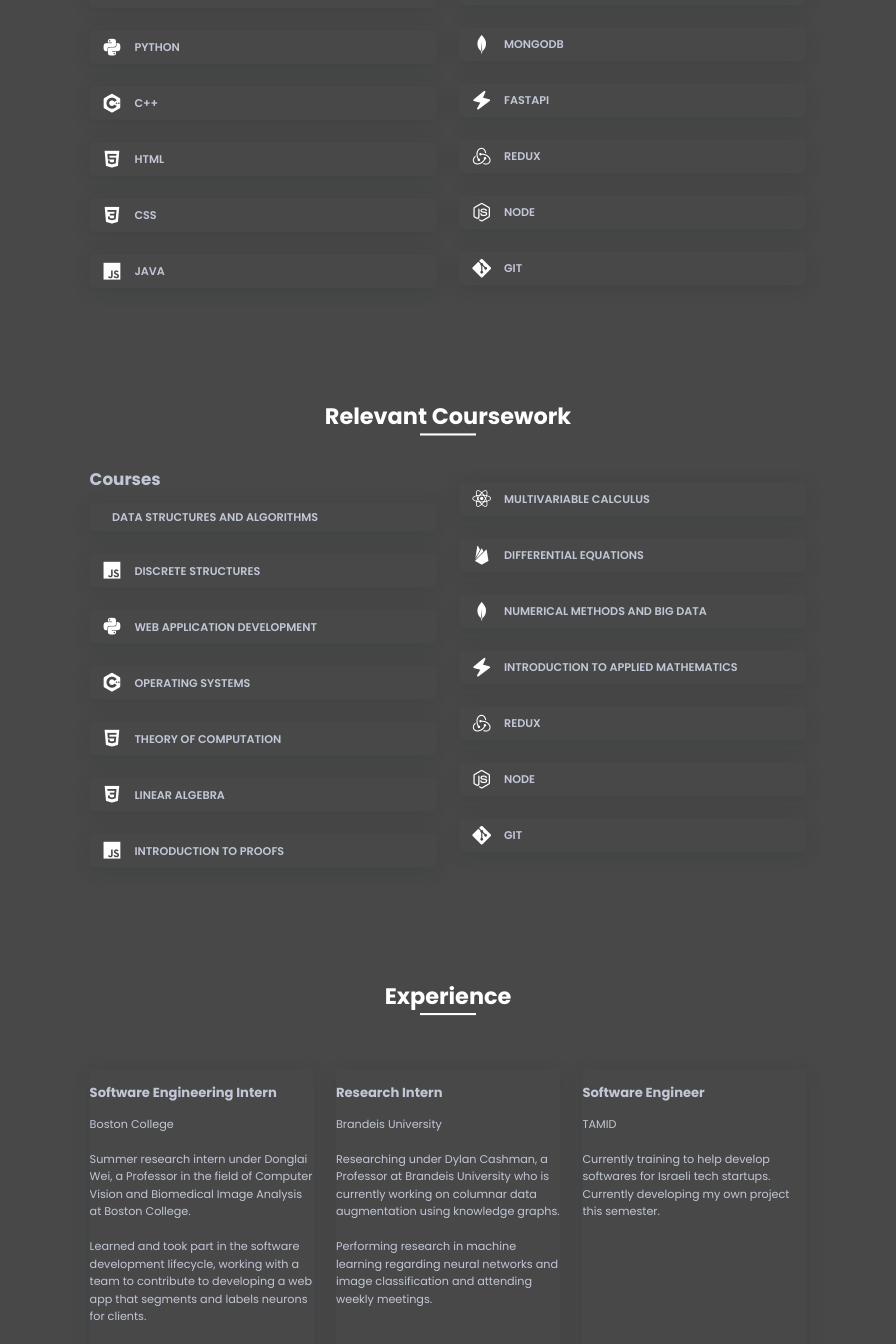
Repository: joshliu14/joshliu14.github.io
Page: index.html
An editor plug-in stored every save of this project. The page is shown before and after the next save, followed by the edit.
The browser window is 1280 px wide. The pictures show the part of the page from y = 1673 to 3593 px (the page is 5563 px tall), at 70% of full size.

Above is the page before, as saved 2024-02-01 01:34:07.

### index.html
<!DOCTYPE html>
<html lang="en">
  <head>
    <meta charset="UTF-8" />
    <meta name="viewport" content="width=device-width, initial-scale=1.0" />

    <link rel="stylesheet" href="assets/css/web.css" />

    <!-- =====BOX ICONS===== -->
    <link
      href="https://unpkg.com/boxicons@2.1.4/css/boxicons.min.css"
      rel="stylesheet"
    />

    <title>Joshua Liu</title>
  </head>
  <body>
    <!--===== HEADER =====-->
    <header class="l-header">
      <nav class="nav bd-grid">
        <div>
          <a href="#" class="nav__logo">Joshua Liu</a>
        </div>

        <div class="nav__menu" id="nav-menu">
          <ul class="nav__list">
            <li class="nav__item">
              <a href="#home" class="nav__link active-link">Home</a>
            </li>
            <li class="nav__item">
              <a href="#about" class="nav__link">About</a>
            </li>
            <li class="nav__item">
              <a href="#skills" class="nav__link">Skills</a>
            </li>
            <li class="nav__item">
              <a href="#coursework" class="nav__link">Coursework</a>
            </li>
            <li class="nav__item">
              <a href="#work" class="nav__link">Experience</a>
            </li>
            <li class="nav__item">
              <a href="#projects" class="nav__link">Projects</a>
            </li>
            <li class="nav__item">
              <a href="#contact" class="nav__link">Info</a>
            </li>
          </ul>
        </div>

        <div class="nav__toggle" id="nav-toggle">
          <i class="bx bx-menu"></i>
        </div>
      </nav>
    </header>

    <main class="l-main">
      <!--===== HOME =====-->
      <section class="home bd-grid" id="home">
        <div class="home__data">
          <h1 class="home__title">
            Hi,<br />I'm <span class="home__title-color">Josh</span><br />
          </h1>

          <a href="resume.pdf" class="button">Resume</a>
        </div>

        <div class="home__social">
          <a
            href="https://www.linkedin.com/in/joshua-liu-727847208/"
            class="home__social-icon"
            ><i class="bx bxl-linkedin"></i
          ></a>
          <a href="https://github.com/joshliu14" class="home__social-icon"
            ><i class="bx bxl-github"></i
          ></a>
        </div>

        <div class="home__img">
          <svg
            class="home__blob"
            viewBox="0 0 479 467"
            xmlns="http://www.w3.org/2000/svg"
            xmlns:xlink="http://www.w3.org/1999/xlink"
          >
            <mask id="mask0" mask-type="alpha">
              <path
                d="M9.19024 145.964C34.0253 76.5814 114.865 54.7299 184.111 29.4823C245.804 6.98884 311.86 -14.9503 370.735 14.143C431.207 44.026 467.948 107.508 477.191 174.311C485.897 237.229 454.931 294.377 416.506 344.954C373.74 401.245 326.068 462.801 255.442 466.189C179.416 469.835 111.552 422.137 65.1576 361.805C17.4835 299.81 -17.1617 219.583 9.19024 145.964Z"
              />
            </mask>
            <g mask="url(#mask0)">
              <path
                d="M9.19024 145.964C34.0253 76.5814 114.865 54.7299 184.111 29.4823C245.804 6.98884 311.86 -14.9503 370.735 14.143C431.207 44.026 467.948 107.508 477.191 174.311C485.897 237.229 454.931 294.377 416.506 344.954C373.74 401.245 326.068 462.801 255.442 466.189C179.416 469.835 111.552 422.137 65.1576 361.805C17.4835 299.81 -17.1617 219.583 9.19024 145.964Z"
              />
              <image
                class="home__blob-img"
                x="30"
                y="65"
                href="assets/img/profile.png"
              />
            </g>
          </svg>
        </div>
      </section>

      <!--===== ABOUT =====-->
      <section class="about section" id="about">
        <h2 class="section-title">About</h2>

        <div class="about__container bd-grid">
          <div class="about__img">
            <img src="assets/img/about.png" alt="" />
          </div>

          <div>
            <h2 class="about__subtitle">I'm Josh</h2>
            <p class="about__text">
              I am currently a sophomore at Brandeis University pursuing a
              degree in Computer Science and Applied Mathematics. I am eager to
              contribute my programming skills to real-world scenarios, and I am
              actively seeking software engineering internship opportunities. My
              goal is to enhance my knowledge, apply theoretical concepts in
              practical settings, and contribute meaningfully to innovative
              projects.
            </p>
          </div>
        </div>
      </section>

      <!--===== SKILLS =====-->
      <section class="skills section" id="skills">
        <h2 class="section-title">Skills</h2>

        <div class="skills__container bd-grid">
          <div>
            <h2 class="skills__subtitle">Programming/Framework/Software Skills</h2>
            <p class="skills__text">
                I have experience with the following programming languages and
                frameworks. I am also familiar with software such as Git and
                Firebase. I am always eager to learn new technologies, languages,
                and frameworks to expand my skillset.
            </p>
            <div class="skills__data">
              <div class="skills__names">
                <i class="bx bxl-java skills__icon"></i>
                <span class="skills__name">JAVA</span>
              </div>
            </div>
            <div class="skills__data">
              <div class="skills__names">
                <i class="bx bxl-javascript skills__icon"></i>
                <span class="skills__name">JAVASCRIPT</span>
              </div>
            </div>
            <div class="skills__data">
              <div class="skills__names">
                <i class="bx bxl-python skills__icon"></i>
                <span class="skills__name">PYTHON</span>
              </div>
            </div>
            <div class="skills__data">
              <div class="skills__names">
                <i class="bx bxl-c-plus-plus skills__icon"></i>
                <span class="skills__name">C++</span>
              </div>
            </div>
            <div class="skills__data">
              <div class="skills__names">
                <i class="bx bxl-html5 skills__icon"></i>
                <span class="skills__name">HTML</span>
              </div>
            </div>
            <div class="skills__data">
              <div class="skills__names">
                <i class="bx bxl-css3 skills__icon"></i>
                <span class="skills__name">CSS</span>
              </div>
            </div>
            <div class="skills__data">
              <div class="skills__names">
                <i class="bx bxl-javascript skills__icon"></i>
                <span class="skills__name">JAVA</span>
              </div>
            </div>
          </div>
          <div class="skills__column2">
            <div class="skills__data">
              <div class="skills__names">
                <i class="bx bxl-react skills__icon"></i>
                <span class="skills__name">REACT.JS</span>
              </div>
            </div>
            <div class="skills__data">
              <div class="skills__names">
                <i class="bx bxl-firebase skills__icon"></i>
                <span class="skills__name">FIREBASE</span>
              </div>
            </div>
            <div class="skills__data">
              <div class="skills__names">
                <i class="bx bxl-mongodb skills__icon"></i>
                <span class="skills__name">MONGODB</span>
              </div>
            </div>
            <div class="skills__data">
              <div class="skills__names">
                <i class="bx bxs-zap skills__icon"></i>
                <span class="skills__name">FASTAPI</span>
              </div>
            </div>
            <div class="skills__data">
              <div class="skills__names">
                <i class="bx bxl-redux skills__icon"></i>
                <span class="skills__name">REDUX</span>
              </div>
            </div>
            <div class="skills__data">
              <div class="skills__names">
                <i class="bx bxl-nodejs skills__icon"></i>
                <span class="skills__name">NODE</span>
              </div>
            </div>
            <div class="skills__data">
              <div class="skills__names">
                <i class="bx bxl-git skills__icon"></i>
                <span class="skills__name">GIT</span>
              </div>
            </div>
          </div>
      </section>

      <!--===== Relevant Coursework =====-->
      <section class="skills section" id="coursework">
        <h2 class="section-title">Relevant Coursework</h2>

        <div class="skills__container bd-grid">
          <div>
            <h2 class="skills__subtitle">Courses</h2>
            <div class="skills__data">
              <div class="skills__names">
                <i class="bx bxs-code skills__icon"></i>
                <span class="skills__name">DATA STRUCTURES AND ALGORITHMS</span>
              </div>
            </div>
            <div class="skills__data">
              <div class="skills__names">
                <i class="bx bxl-javascript skills__icon"></i>
                <span class="skills__name">DISCRETE STRUCTURES</span>
              </div>
            </div>
            <div class="skills__data">
              <div class="skills__names">
                <i class="bx bxl-python skills__icon"></i>
                <span class="skills__name">WEB APPLICATION DEVELOPMENT</span>
              </div>
            </div>
            <div class="skills__data">
              <div class="skills__names">
                <i class="bx bxl-c-plus-plus skills__icon"></i>
                <span class="skills__name">OPERATING SYSTEMS</span>
              </div>
            </div>
            <div class="skills__data">
              <div class="skills__names">
                <i class="bx bxl-html5 skills__icon"></i>
                <span class="skills__name">THEORY OF COMPUTATION</span>
              </div>
            </div>
            <div class="skills__data">
              <div class="skills__names">
                <i class="bx bxl-css3 skills__icon"></i>
                <span class="skills__name">LINEAR ALGEBRA</span>
              </div>
            </div>
            <div class="skills__data">
              <div class="skills__names">
                <i class="bx bxl-javascript skills__icon"></i>
                <span class="skills__name">INTRODUCTION TO PROOFS</span>
              </div>
            </div>
          </div>
          <div>
            <div class="skills__data">
              <div class="skills__names">
                <i class="bx bxl-react skills__icon"></i>
                <span class="skills__name">MULTIVARIABLE CALCULUS</span>
              </div>
            </div>
            <div class="skills__data">
              <div class="skills__names">
                <i class="bx bxl-firebase skills__icon"></i>
                <span class="skills__name">DIFFERENTIAL EQUATIONS</span>
              </div>
            </div>
            <div class="skills__data">
              <div class="skills__names">
                <i class="bx bxl-mongodb skills__icon"></i>
                <span class="skills__name">NUMERICAL METHODS AND BIG DATA</span>
              </div>
            </div>
            <div class="skills__data">
              <div class="skills__names">
                <i class="bx bxs-zap skills__icon"></i>
                <span class="skills__name">INTRODUCTION TO APPLIED MATHEMATICS</span>
              </div>
            </div>
            <div class="skills__data">
              <div class="skills__names">
                <i class="bx bxl-redux skills__icon"></i>
                <span class="skills__name">REDUX</span>
              </div>
            </div>
            <div class="skills__data">
              <div class="skills__names">
                <i class="bx bxl-nodejs skills__icon"></i>
                <span class="skills__name">NODE</span>
              </div>
            </div>
            <div class="skills__data">
              <div class="skills__names">
                <i class="bx bxl-git skills__icon"></i>
                <span class="skills__name">GIT</span>
              </div>
            </div>
          </div>
      </section>

      <!--===== Experience =====-->
      <section class="work section" id="work">
        <h2 class="section-title">Experience</h2>

        <div class="work__container bd-grid">
                <div class="work__img">
                <h3 class="work__title">Software Engineering Intern</h3>
                <span class="work__subtitle">Boston College</span>
                <p class="work__description">
                    <br />
                    Summer research intern under Donglai Wei, a Professor in the field of Computer
                    Vision and Biomedical Image Analysis at Boston College.
                    <br />
                    <br />
                    Learned and took part in the software development lifecycle, working with a team to
                    contribute to developing a web app that segments and labels neurons for clients.
                    <br />
                    <br />
                    Worked on the front end in React.js and the back end in FastAPI to help organize high-resolution images
                    and labels of neurons by (labeling and tagging files) creating a way for clients to rename files and revert them.
                    <br />
                    <br />
                    Developed a capability in React.js that allowed users to run multiple visualization tabs. Required updates
                    to the FastAPI backend and figuring out how to modify it to run different instances of neuroglancer simultaneously.
                </p>
                </div>
                <div class="work__img">
                <h3 class="work__title">Research Intern</h3>
                <span class="work__subtitle">Brandeis University</span>
                <p class="work__description">
                    <br />
                    Researching under Dylan Cashman, a Professor at Brandeis University who is currently working on
                    columnar data augmentation using knowledge graphs.
                    <br />
                    <br />
                    Performing research in machine learning regarding neural networks and image classification and attending weekly meetings.
                </p>
                </div>
                <div class="work__img">
                <h3 class="work__title">Software Engineer</h3>
                <span class="work__subtitle">TAMID</span>
                <p class="work__description">
                    <br />
                     Currently training to help develop softwares for
                    Israeli tech startups. Currently developing my own project
                    this semester.
                </p>
                </div>
        </div>
      </section>

       <!--===== Personal Projects =====-->
      <section class="work section" id="projects">
        <h2 class="section-title">Personal Projects</h2>

        <div class="work__container bd-grid">
                <div class="work__img">
                <h3 class="work__title">Brandeis Stdent Alumni Association</h3>
                <span class="work__subtitle">Web Project</span>
                <p class="work__description">
                    <br />
                    Created a mock Brandeis Student Alumni Association website
                    using Express.js and MongoDB.
                    <br />
                    <br />
                    Fully functioning website utilizing the
                    database for storing upcoming events, user authentication, permissions,
                    and a chat feature through socket.io.
                </p>
                </div>
                <div class="work__img">
                <h3 class="work__title">Travel Mug</h3>
                <span class="work__subtitle">Web Project</span>
                <p class="work__description">
                    <br />
                    Lead software engineer for Travel Mug website using Firebase and React.js.
                    <br />
                    <br />
                    Utilized React-Redux, React-Redux-Firebase
                    and more to aloow communication between from and back end.
                    <br />
                    <br />
                    Features include user authentication and personalized preferences.
                    Ability to filter for different cafes based on roast, items sold, location and more.
                </p>
                </div>
                <div class="work__img">
                <h3 class="work__title">Comment Linter</h3>
                <span class="work__subtitle">AI Project</span>
                <p class="work__description">
                    <br />
                    Working to build an AI software that can detect outdated
                    or misleading comments in software code to help developers
                    maintain readability of code, prevent confusion and increase
                    productivity.
                </p>
                </div>
        </div>
      </section>

      <!--===== INFO =====-->
      <section class="contact section" id="contact">
        <h2 class="section-title">Info</h2>
        <p class="contact__input">Joshua Liu</p>
        <p class="contact__input">joshualiu@brandeis.edu</p>
        <p class="contact__input">949-551-8585</p>
        <p class="contact__input">Brandeis University</p>
        <p class="contact__input">415 South Street Waltham, MA</p>
      </section>
    </main>

    <!--===== FOOTER =====-->
    <footer class="footer">
      <p class="footer__title">Josh Liu</p>
      <div class="footer__social">
        <a href="https://www.facebook.com/josh.liu.9847" class="footer__icon"
          ><i class="bx bxl-facebook"></i
        ></a>
        <a href="https://www.instagram.com/joshliu_" class="footer__icon"
          ><i class="bx bxl-instagram"></i
        ></a>
        <a href="https://twitter.com/jahliu" class="footer__icon"
          ><i class="bx bxl-twitter"></i
        ></a>
      </div>
      <p class="footer__copy">&#169; Joshua Liu</p>
    </footer>

    <!--===== SCROLL REVEAL =====-->
    <script src="https://unpkg.com/scrollreveal"></script>

    <!--===== MAIN JS =====-->
    <script src="assets/js/main.js"></script>
  </body>
</html>

Loaded but not shown: assets/js/main.js (61 lines, source omitted); assets/css/web.css (476 lines, source omitted)

After the next save:
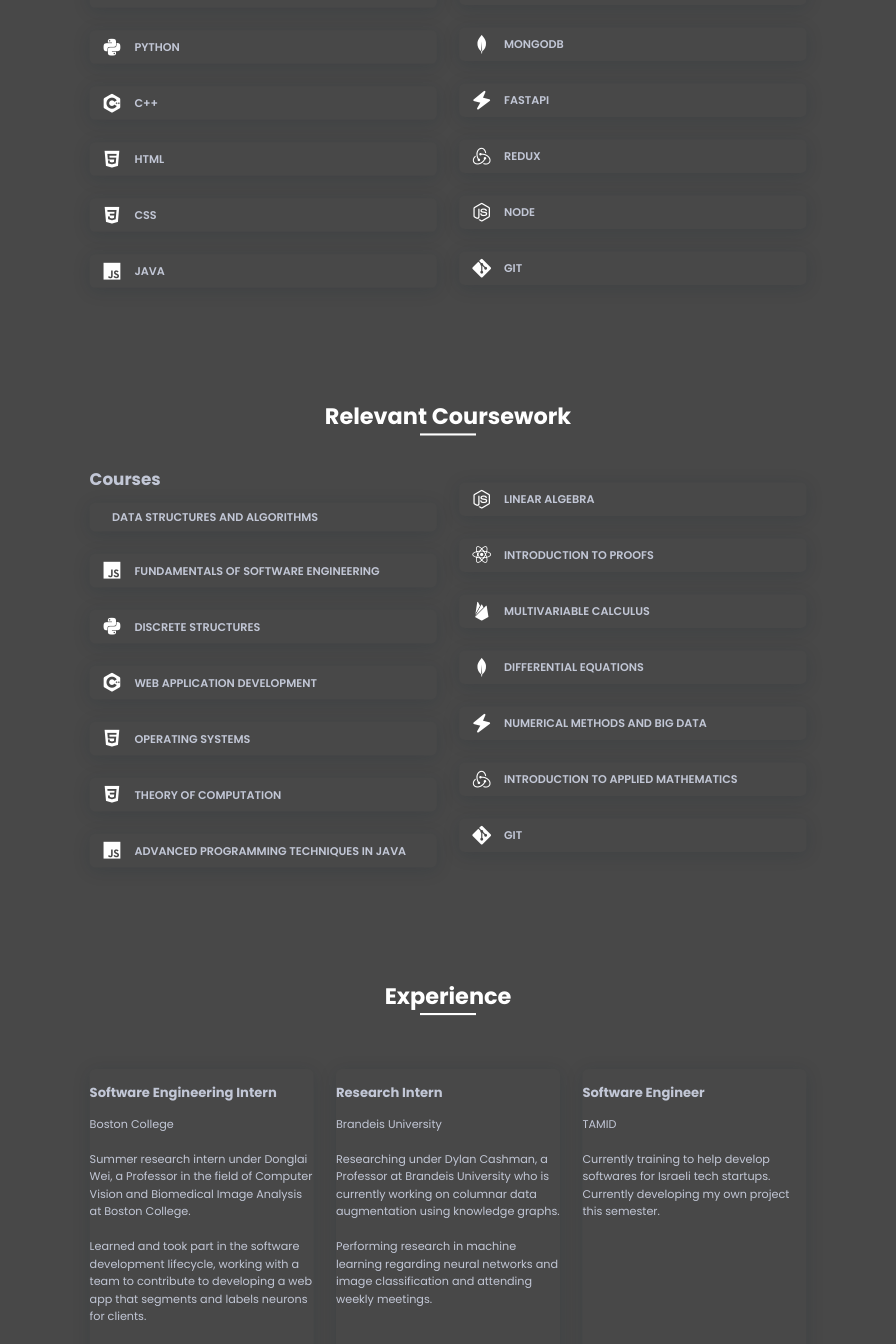
Saved 3 min 26 s later.
--- a/index.html
+++ b/index.html
@@ -245,75 +245,75 @@
             <div class="skills__data">
               <div class="skills__names">
                 <i class="bx bxl-javascript skills__icon"></i>
+                <span class="skills__name">FUNDAMENTALS OF SOFTWARE ENGINEERING</span>
+              </div>
+            </div>
+            <div class="skills__data">
+              <div class="skills__names">
+                <i class="bx bxl-python skills__icon"></i>
                 <span class="skills__name">DISCRETE STRUCTURES</span>
               </div>
             </div>
             <div class="skills__data">
               <div class="skills__names">
-                <i class="bx bxl-python skills__icon"></i>
+                <i class="bx bxl-c-plus-plus skills__icon"></i>
                 <span class="skills__name">WEB APPLICATION DEVELOPMENT</span>
               </div>
             </div>
             <div class="skills__data">
               <div class="skills__names">
-                <i class="bx bxl-c-plus-plus skills__icon"></i>
+                <i class="bx bxl-html5 skills__icon"></i>
                 <span class="skills__name">OPERATING SYSTEMS</span>
               </div>
             </div>
             <div class="skills__data">
               <div class="skills__names">
-                <i class="bx bxl-html5 skills__icon"></i>
+                <i class="bx bxl-css3 skills__icon"></i>
                 <span class="skills__name">THEORY OF COMPUTATION</span>
               </div>
             </div>
             <div class="skills__data">
               <div class="skills__names">
-                <i class="bx bxl-css3 skills__icon"></i>
+                <i class="bx bxl-javascript skills__icon"></i>
+                <span class="skills__name">ADVANCED PROGRAMMING TECHNIQUES IN JAVA</span>
+              </div>
+            </div>
+          </div>
+          <div>
+             <div class="skills__data">
+              <div class="skills__names">
+                <i class="bx bxl-nodejs skills__icon"></i>
                 <span class="skills__name">LINEAR ALGEBRA</span>
               </div>
             </div>
             <div class="skills__data">
               <div class="skills__names">
-                <i class="bx bxl-javascript skills__icon"></i>
+                <i class="bx bxl-react skills__icon"></i>
                 <span class="skills__name">INTRODUCTION TO PROOFS</span>
               </div>
             </div>
-          </div>
-          <div>
-            <div class="skills__data">
-              <div class="skills__names">
-                <i class="bx bxl-react skills__icon"></i>
+            <div class="skills__data">
+              <div class="skills__names">
+                <i class="bx bxl-firebase skills__icon"></i>
                 <span class="skills__name">MULTIVARIABLE CALCULUS</span>
               </div>
             </div>
             <div class="skills__data">
               <div class="skills__names">
-                <i class="bx bxl-firebase skills__icon"></i>
+                <i class="bx bxl-mongodb skills__icon"></i>
                 <span class="skills__name">DIFFERENTIAL EQUATIONS</span>
               </div>
             </div>
             <div class="skills__data">
               <div class="skills__names">
-                <i class="bx bxl-mongodb skills__icon"></i>
+                <i class="bx bxs-zap skills__icon"></i>
                 <span class="skills__name">NUMERICAL METHODS AND BIG DATA</span>
               </div>
             </div>
             <div class="skills__data">
               <div class="skills__names">
-                <i class="bx bxs-zap skills__icon"></i>
+                <i class="bx bxl-redux skills__icon"></i>
                 <span class="skills__name">INTRODUCTION TO APPLIED MATHEMATICS</span>
-              </div>
-            </div>
-            <div class="skills__data">
-              <div class="skills__names">
-                <i class="bx bxl-redux skills__icon"></i>
-                <span class="skills__name">REDUX</span>
-              </div>
-            </div>
-            <div class="skills__data">
-              <div class="skills__names">
-                <i class="bx bxl-nodejs skills__icon"></i>
-                <span class="skills__name">NODE</span>
               </div>
             </div>
             <div class="skills__data">
